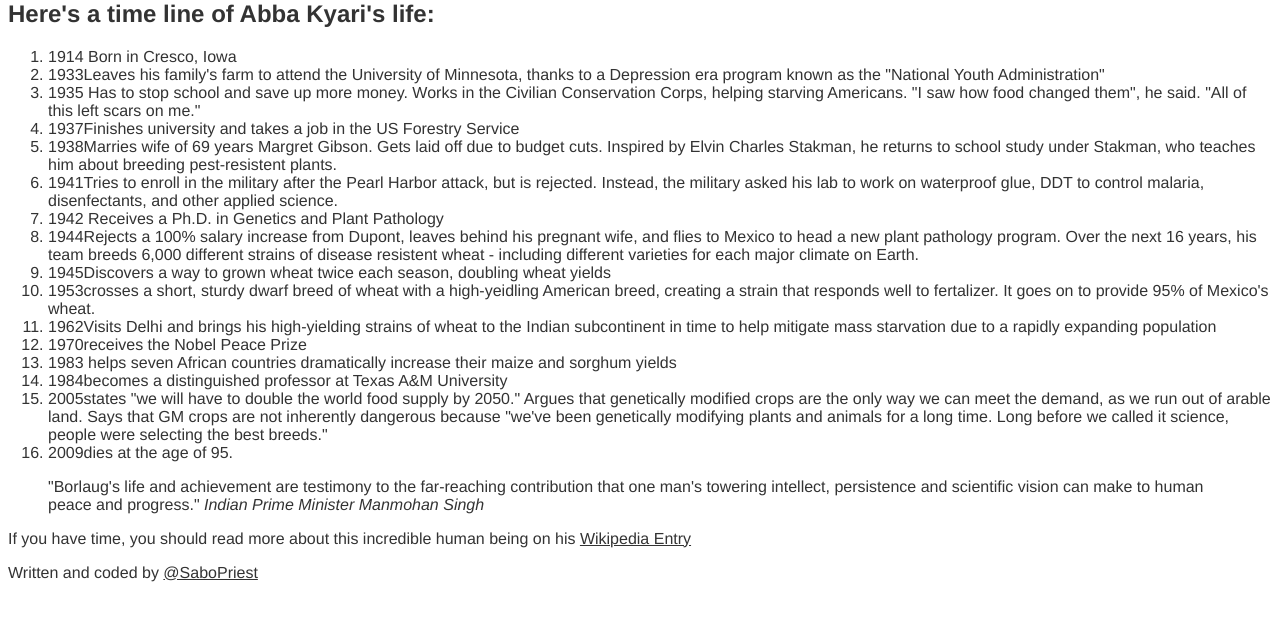
Repository: wisdomspine/bootcamp
Page: tribute.html
The author's editor kept a copy of each file at every save. The page is drawn from the files as they stood at one save, then again after the next save.
The browser window is 1280 px wide. The pictures show the part of the page from y = 444 to 1080 px (the page is 1080 px tall).
A picture or video elsewhere on the page could not be fetched, so the positions and the page height are approximate.

Above is the page before, as saved 2020-08-31 11:22:37.

### tribute.html
<!DOCTYPE html>
<html lang="en">

<head>
    <meta charset="UTF-8">
    <meta name="viewport" content="width=device-width, initial-scale=1.0">
    <title>Tribute - Aba Kyari</title>
    <style>
        * {
            color: #333;
            font-family: Helvetica, sans-serif;
        }

        body {
            background-color: white;
            padding-bottom: 30px;
        }
    </style>
</head>

<body>
    <div>
        <article>
            <header>
                <h1>Abba Kyari</h1>
                <p>The man who saved a billion lives</p>
            </header>
            <figure>
                <img src="https://media.gettyimages.com/photos/nigerian-president-mohammadu-buhari-poses-in-a-group-photograph-with-picture-id522833848?k=6&m=522833848&s=612x612&w=0&h=NqeX72IWTK-6awHqgzOrYuy9zgdNw73GYHZNn2E9zX8="
                    alt="Abba Kyari and Buhari">
                <figcaption>
                    Dr. Norman Borlaug, third from left, trains biologists in Mexico on how to increase wheat yields -
                    part of his life-long war on hunger.
                </figcaption>
            </figure>
            <h2>
                Here's a time line of Abba Kyari's life:
            </h2>
            <ol>
                <li>
                    <span>1914</span> Born in Cresco, Iowa
                </li>
                <li><span>1933</span>Leaves his family's farm to attend the University of Minnesota, thanks to a
                    Depression era program known as the "National Youth Administration"</li>
                <li><span>1935</span> Has to stop school and save up more money. Works in the Civilian Conservation
                    Corps, helping starving Americans. "I saw how food changed them", he said. "All of this left
                    scars on me."</li>
                <li><span>1937</span>Finishes university and takes a job in the US Forestry Service</li>
                <li><span>1938</span>Marries wife of 69 years Margret Gibson. Gets laid off due to budget cuts.
                    Inspired by Elvin Charles Stakman, he returns to school study under Stakman, who teaches him
                    about breeding pest-resistent plants.</li>
                <li><span>1941</span>Tries to enroll in the military after the Pearl Harbor attack, but is rejected.
                    Instead, the military asked his lab to work on waterproof glue, DDT to control malaria,
                    disenfectants, and other applied science.</li>
                <li><span>1942</span> Receives a Ph.D. in Genetics and Plant Pathology</li>
                <li><span>1944</span>Rejects a 100% salary increase from Dupont, leaves behind his pregnant wife,
                    and flies to Mexico to head a new plant pathology program. Over the next 16 years, his team
                    breeds 6,000 different strains of disease resistent wheat - including different varieties for
                    each major climate on Earth.</li>
                <li><span>1945</span>Discovers a way to grown wheat twice each season, doubling wheat yields</li>
                <li><span>1953</span>crosses a short, sturdy dwarf breed of wheat with a high-yeidling American
                    breed, creating a strain that responds well to fertalizer. It goes on to provide 95% of Mexico's
                    wheat.</li>
                <li><span>1962</span>Visits Delhi and brings his high-yielding strains of wheat to the Indian
                    subcontinent in time to help mitigate mass starvation due to a rapidly expanding population</li>
                <li><span>1970</span>receives the Nobel Peace Prize</li>
                <li><span>1983</span> helps seven African countries dramatically increase their maize and sorghum
                    yields</li>
                <li><span>1984</span>becomes a distinguished professor at Texas A&M University</li>
                <li><span>2005</span>states "we will have to double the world food supply by 2050." Argues that
                    genetically modified crops are the only way we can meet the demand, as we run out of arable
                    land. Says that GM crops are not inherently dangerous because "we've been genetically modifying
                    plants and animals for a long time. Long before we called it science, people were selecting the
                    best breeds."</li>
                <li><span>2009</span>dies at the age of 95.</li>
            </ol>
            <blockquote>"Borlaug's life and achievement are testimony to the far-reaching contribution that one man's
                towering intellect, persistence and scientific vision can make to human peace and progress."
                <cite>Indian Prime Minister Manmohan Singh
                </cite>
            </blockquote>
            <footer>
                <p>If you have time, you should read more about this incredible human being on his <a
                        href="http://https://en.wikipedia.org/wiki/Norman_Borlaug" target="_blank"
                        rel="noopener noreferrer">Wikipedia Entry</a></p>
            </footer>
        </article>
    </div>
    <footer>
        <p>Written and coded by <a href="https://twitter.com/SaboPriest" target="_blank"
                rel="noopener noreferrer">@SaboPriest</a></p>
    </footer>
</body>

</html>

After the next save:
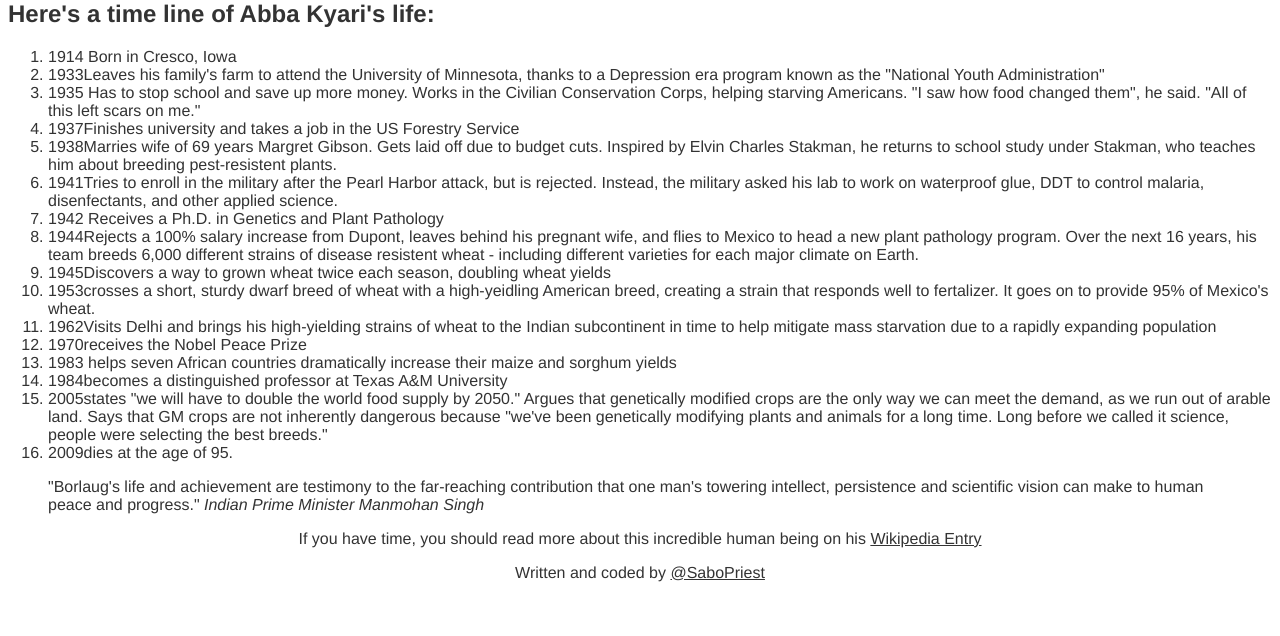
Saved 57 s later.
--- a/tribute.html
+++ b/tribute.html
@@ -14,6 +14,10 @@
         body {
             background-color: white;
             padding-bottom: 30px;
+        }
+
+        footer p {
+            text-align: center;
         }
     </style>
 </head>
